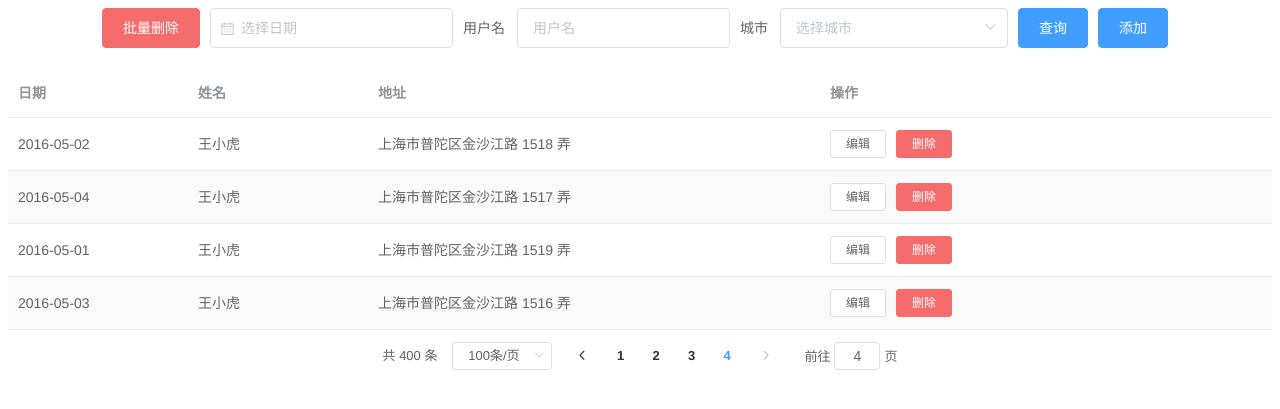
Repository: chang-meng-yun/vue_project
Page: /#/about
These files come from the project's save history. The page is drawn as it stood at one moment and after the next save; the edit follows.
The browser window is 1280 px wide. The pictures show the whole page.
The project was rebuilt for these pictures with package versions that can differ from the ones it lists, and the page was loaded fresh each time. Also part of the build but not shown: vue.config.js, src/VBindStudy.vue, src/components/HelloWorld.vue, src/views/HomeView.vue, src/views/AboutView.vue.

Above is the page before, as saved 2024-06-27 12:21:05.

### public/index.html
<!DOCTYPE html>
<html lang="">
  <head>
    <meta charset="utf-8">
    <meta http-equiv="X-UA-Compatible" content="IE=edge">
    <meta name="viewport" content="width=device-width,initial-scale=1.0">
    <link rel="icon" href="<%= BASE_URL %>favicon.ico">
    <!-- <title><%= htmlWebpackPlugin.options.title %></title> -->
     <title>我是首页</title>
  </head>
  <body>
    <noscript>
      <strong>We're sorry but <%= htmlWebpackPlugin.options.title %> doesn't work properly without JavaScript enabled. Please enable it to continue.</strong>
    </noscript>
    <!-- 显示内容的地方 -->
    <div id="app"></div>
    <!-- built files will be auto injected -->
  </body>
</html>

### src/main.js
import Vue from 'vue'
import App from './App.vue'
import ElementUI from 'element-ui';
import 'element-ui/lib/theme-chalk/index.css';
import router from './router'

Vue.use(ElementUI);

Vue.config.productionTip = false
new Vue({
  router,
  render: h => h(App)
}).$mount('#app')

### src/App.vue
<template>
  <div id="app">
    <!-- <Hello></Hello> -->
    <!-- <VBindStudy></VBindStudy> -->
     <!-- <HomeWork></HomeWork> -->
      <!-- <reHome></reHome> -->
       <!-- <Model></Model> -->
        <FromFrame></FromFrame>
  </div>
</template>
<script>
  // 导入组件
  import Hello from '@/Hello.vue'
  import VBindStudy from '@/VBindStudy'
  import HomeWork from '@/HomeWork'
    import reHome from './views/reHome.vue'
  import FromFrame from '@/FromFrame.vue'
     // import Model from './views/Model.vue'
  export default{
    components:{
        Hello,
        VBindStudy,
        HomeWork,
        FromFrame
        // Model
    },
    data(){
      return{
        mark:true,
        name:"张三",
        mywidth:"350px",
        myImage:require("./assets/花.jpg")
      }
    },
    methods:{
     controller_div(){
        this.mark=!this.mark
        console.log(this.mark)
      },
      changeSize(){
        this.mywidth="500px"
      },
      changeImage(){
        console.log("pakaqiu")
        this.myImage=require("./assets/小樱花.webp")
      }
     }
    }
</script>
<style>
.box{
    width: 200px;
    height: 200px;
    background-color: red;
}
#app {
  font-family: Avenir, Helvetica, Arial, sans-serif;
  -webkit-font-smoothing: antialiased;
  -moz-osx-font-smoothing: grayscale;
  text-align: center;
  color: #2c3e50;
}

nav {
  padding: 30px;
}

nav a {
  font-weight: bold;
  color: #2c3e50;
}

nav a.router-link-exact-active {
  color: #42b983;
}
</style>

### src/Hello.vue
<template>
  <div>
        <!-- <nav>
      <router-link to="/">Home</router-link> |
      <router-link to="/about">About</router-link>
    </nav> -->
    <!-- <el-row>
      <el-button>默认按钮</el-button>
      <el-button type="primary">主要按钮</el-button>
      <el-button type="success">成功按钮</el-button>
      <el-button type="info">信息按钮</el-button>
      <el-button type="warning">警告按钮</el-button>
      <el-button type="danger">危险按钮</el-button>
    </el-row> -->

    <!-- <input  type="text" v-model="username"> -->
     <!-- <div  v-if="mark" class="box">
      div1-if标签
     </div> -->
     <!-- <el-button type="primary" v-on:click="controller_div()">控制div</el-button> -->
     <!-- <div  v-show ="mark" class="box"> -->
      <!-- div2-show标签 -->
     <!-- </div> -->
    <!-- <div>
      {{username}}
    </div> -->
    <!-- <router-view/> -->
     <!-- <hr> -->

     <el-row>
        <el-col :span="12">
          <div class="grid-content bg-purple">
         <img src="./assets/小雏菊.webp" v-bind:width="mywidth" />
         <br>
         <el-button type="primary" @click="changeSize()">改变大小</el-button>
        </div>
      </el-col>

        <el-col :span="12">
          <div class="grid-content bg-purple-light">
            <img v-bind:src="myImage" width="350px" />
            <br>
            <el-button type="primary" @click="changeImage()">改变图片</el-button>
        </div>
      </el-col>
      </el-row>

  </div>
</template>
<script>
     export default{
    // components:{
    //     Hello,
    //     VBindStudy
    // },
    data(){
      return{
        mark:true,
        name:"张三",
        mywidth:"350px",
        myImage:require("./assets/花.jpg")
      }
    },
    methods:{
     controller_div(){
        this.mark=!this.mark
        console.log(this.mark)
      },
      changeSize(){
        this.mywidth="500px"
      },
      changeImage(){
        console.log("pakaqiu")
        this.myImage=require("./assets/小樱花.webp")
      }
     },
     components:{

     }
    }
  </script>
  <style>
  .box{
      width: 200px;
      height: 200px;
      background-color: red;
  }
  #app {
    font-family: Avenir, Helvetica, Arial, sans-serif;
    -webkit-font-smoothing: antialiased;
    -moz-osx-font-smoothing: grayscale;
    text-align: center;
    color: #2c3e50;
  }

  nav {
    padding: 30px;
  }

  nav a {
    font-weight: bold;
    color: #2c3e50;
  }

  /* nav a.router-link-exact-active {
    color: #42b983;
  } */
  </style>

### src/HomeWork.vue
<template>
    <div id="all">

        <h3>请选择你喜欢的语言</h3>
        <table border="1" cellspacing="0" style="margin: 0 auto;" >
            <tr>
                <td v-for="(obj,index) in subject "
                :key="index"
                v-bind:class="{'bg':obj.mark}"
                @click="changeColor(obj,index)">{{obj.name}}</td>
            </tr>
        </table>

        <p style="text-align: center;">我最喜欢的编程语言是{{pro_name}}</p>
        <el-input v-model="inputName" placeholder="请输入你喜欢的书" style="width: 300px;"></el-input>
        <el-button type="primary" @click="addBook()">添加你喜欢的书本</el-button>
        <!-- <el-button type="primary" v-if="">隐藏</el-button> -->
       <!-- {{message}} -->


    </div>
</template>
<script>
    export default{
        data(){
        return{
            pro_name:"Java",
            inputName:"",
            subject:[
            {id:"1",name:"Java",mark:true},
            {id:"2",name:"C",mark:false},
            {id:"3",name:"C++",mark:false},
            {id:"4",name:"Python",mark:false},
            ],
        }
        },
        methods:{
            addBook(){
                console.log(this.inputName)
                this.subject.push({"name":this.inputName,"mark":false})
            },
            changeColor(obj,index){
                console.log(obj,index)
                this.pro_name = obj.name;
                for(var i=0;i<this.subject.length;i++){
                    this.subject[i].mark=false;
                }
                this.subject[index].mark=true;
                this.pro_name=this.subject[index].name;
            }
        },
        components:{

        }
    }

</script>
<style>
 tr td{
        width: 200px;
        height: 50px;
        /* background-color: rgb(130, 236, 176); */
    }
    .bg{
        /* background-color: rgb(218, 103, 80); */
    }
</style>

### src/views/reHome.vue
<template>
    <div>
       <h3>请选择你喜欢的语言</h3>
       <table cellspacing="0" border="1" style="margin: 0 auto;">
        <tr>
            <td v-for="(obj,index) in subjects"
            :key="index"
            v_bind :class="{'bg1':obj.mark}"
            @click="changeColor(obj,index)">
            {{obj.name}}
            </td>
        </tr>
       </table>
       <p>我最喜欢的语言是{{proname}}</p>
    </div>
</template>
<script>
  export default{
    data(){
        return{
          proname:"java",
          subjects:[
            {name:"Java",mark:true},
            {name:"C",mark:false},
            {name:"C++",mark:false},
            {name:"Python",mark:false},
          ]
        }
    },
    methods:{
        changeColor(obj,index){
            console.log(obj,index)
            this.proname=obj.name
            for(var i = 0;i<this.subjects.length;i++){
                this.subjects[i].mark=false;
            }
            obj.mark=true;
        }
    },
    components:{

    },
  }
</script>
<style>
 tr td{
        width: 200px;
        height: 50px;
        /* background-color: rgb(130, 236, 176); */
    }
    .bg1{
        /* background-color: rgb(218, 103, 80); */
    }
</style>

### src/FromFrame.vue
<template>
    <div>
        <!-- 功能区域 -->
        <div>
              <el-form :inline="true" :model="formInline" class="demo-form-inline">
                <el-form-item>
                    <el-button type="danger" @click="deleteAll">批量删除</el-button>
                  </el-form-item>
                <el-form-item prop="date1">
                    <el-date-picker type="date" placeholder="选择日期" v-model="formInline.date1" style="width: 100%;"></el-date-picker>
                  </el-form-item>
                <el-form-item label="用户名">
                  <el-input v-model="formInline.user" placeholder="用户名"></el-input>
                </el-form-item>
                <el-form-item label="城市">
                  <el-select v-model="formInline.region" placeholder="选择城市">
                    <el-option label="上海" value="shanghai"></el-option>
                    <el-option label="北京" value="beijing"></el-option>
                  </el-select>
                </el-form-item>
                <el-form-item>
                  <el-button type="primary" @click="onSubmit">查询</el-button>
                </el-form-item>
                <el-form-item>
                    <el-button type="primary" @click="addUser">添加</el-button>
                  </el-form-item>
              </el-form>
        </div>


        <!-- 数据显示区 -->
    <div>
        <el-table :data="tableData" stripe style="width: 100%">
        <el-table-column  prop="date" label="日期"width="180"></el-table-column>
        <el-table-column prop="name" label="姓名" width="180"></el-table-column>
        <el-table-column
          prop="address"
          label="地址">
        </el-table-column>
        <el-table-column label="操作">
            <template slot-scope="scope">
              <el-button
                size="mini"
                @click="handleEdit(scope.$index, scope.row)">编辑</el-button>
              <el-button
                size="mini"
                type="danger"
                @click="handleDelete(scope.$index, scope.row)">删除</el-button>
            </template>
          </el-table-column>
      </el-table>
    </div>
    <!-- 完整功能--页码 -->
    <div class="block" style="margin-top: 10px;">
        <span class="demonstration"></span>
        <el-pagination
          @size-change="handleSizeChange"
          @current-change="handleCurrentChange"
          :current-page="currentPage4"
          :page-sizes="[100, 200, 300, 400]"
          :page-size="100"
          layout="total, sizes, prev, pager, next, jumper"
          :total="400">
        </el-pagination>
      </div>
    </div>
</template>
<script>
     export default{
        data(){
        return{
            tableData: [{
            date: '2016-05-02',
            name: '王小虎',
            address: '上海市普陀区金沙江路 1518 弄'
            }, {
            date: '2016-05-04',
            name: '王小虎',
            address: '上海市普陀区金沙江路 1517 弄'
            }, {
            date: '2016-05-01',
            name: '王小虎',
            address: '上海市普陀区金沙江路 1519 弄'
            }, {
            date: '2016-05-03',
            name: '王小虎',
            address: '上海市普陀区金沙江路 1516 弄'
            }],
            formInline: {
            user: '',
            region: '',
            date1: '',
            },
            currentPage1: 5,
            currentPage2: 5,
            currentPage3: 5,
            currentPage4: 4
         }
        },
        methods: {
            handleEdit(index, row) {
            console.log(index, row);
            },
            handleDelete(index, row) {
            console.log(index, row);
            },
            onSubmit() {
           console.log('submit!');
           },
           handleSizeChange(val) {
           console.log(`每页 ${val} 条`);
            },
            handleCurrentChange(val) {
                console.log(`当前页: ${val}`);
            },
            deleteAll(){
                // 批量删除
            },
            addUser(){
                // 添加
            }
        },
        components:{

        }
     }
</script>
<style>

</style>

Loaded but not shown: src/router/index.js (common file)

After the next save:
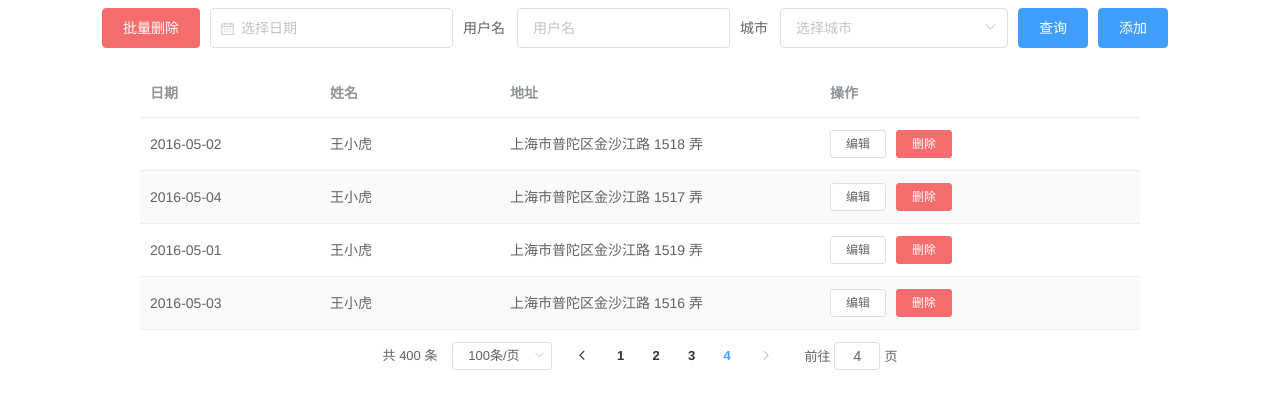
Saved 32 s later.
--- a/src/FromFrame.vue
+++ b/src/FromFrame.vue
@@ -29,7 +29,7 @@
 
 
         <!-- 数据显示区 -->
-    <div>
+    <div style="width: 1000px;margin: 0 auto;">
         <el-table :data="tableData" stripe style="width: 100%">
         <el-table-column  prop="date" label="日期"width="180"></el-table-column>
         <el-table-column prop="name" label="姓名" width="180"></el-table-column>
